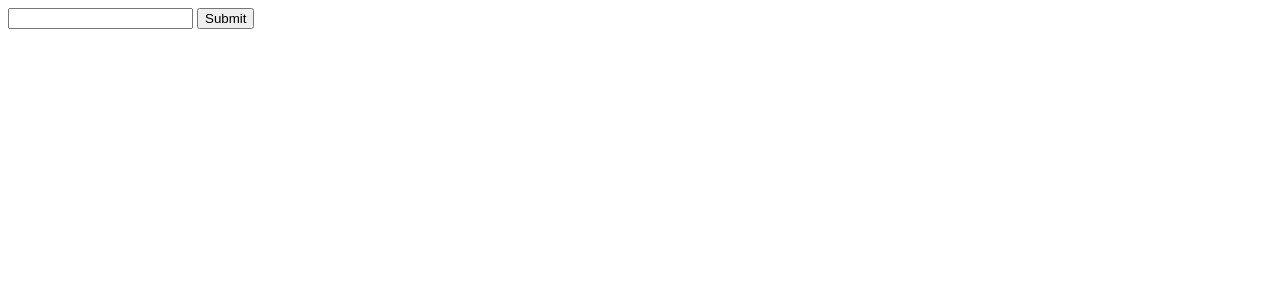
Repository: djdh94/spring_practice
Page: http://localhost/SpringBasic/moneyForm
An editor plug-in stored every save of this project. The page is shown before and after the next save, followed by the edit.
The browser window is 1280 px wide. The pictures show the whole page.
The page is served by Tomcat 9.

Above is the page before, as saved 2022-03-30 02:23:18.

After the next save:
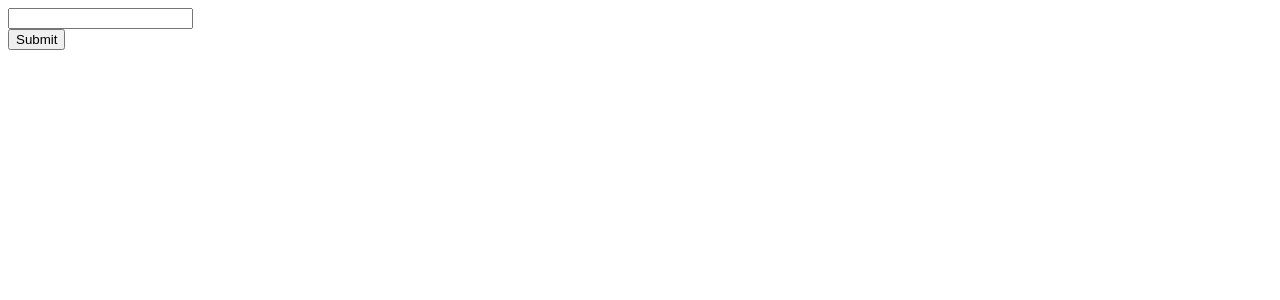
Saved 2 min 25 s later.
--- a/SpringBasic/src/main/webapp/WEB-INF/views/moneyForm.jsp
+++ b/SpringBasic/src/main/webapp/WEB-INF/views/moneyForm.jsp
@@ -8,7 +8,7 @@
 </head>
 <body>
 <form action="http://localhost:8181/getMoney">
-<input type="number" name="won" />
+<input type="number" name="won" /><br/>
 <input type="submit"/>
 </form>
 </body>
